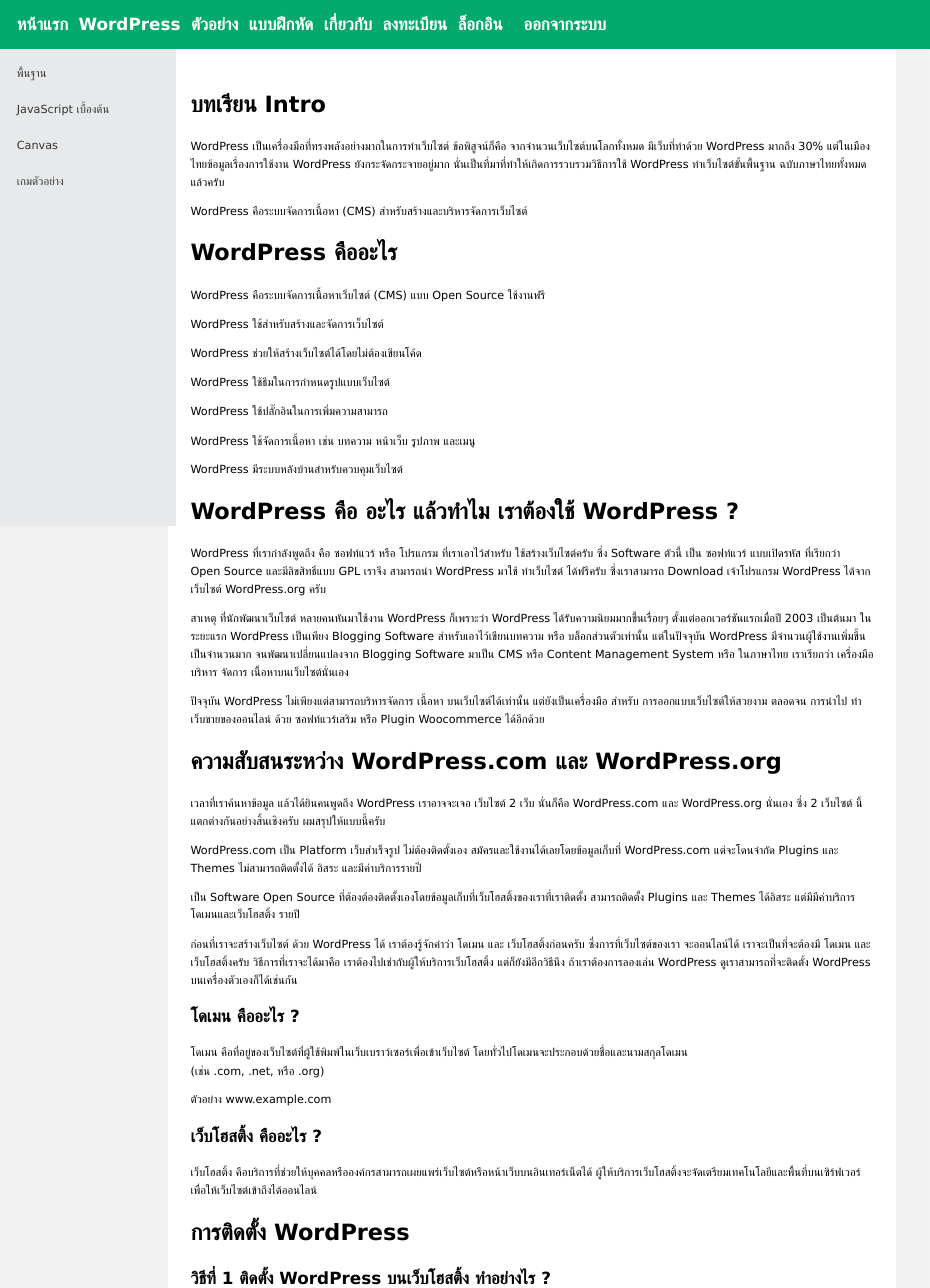
Repository: staggil/thesis
Page: lessons/intro.html
The author's editor kept a copy of each file at every save. The page is drawn from the files as they stood at one save, then again after the next save.
The browser window is 1280 px wide. The page is 1328 px wide, so the pictures cover 1328 px, including what lies to the right of the window. The pictures show the part of the page from y = 0 to 1840 px (the page is 2881 px tall before and 2906 px after), at 70% of full size.
The page's requests for data from a server got no answer.

Above is the page before, as saved 2025-12-16 05:00:10.

After the next save:
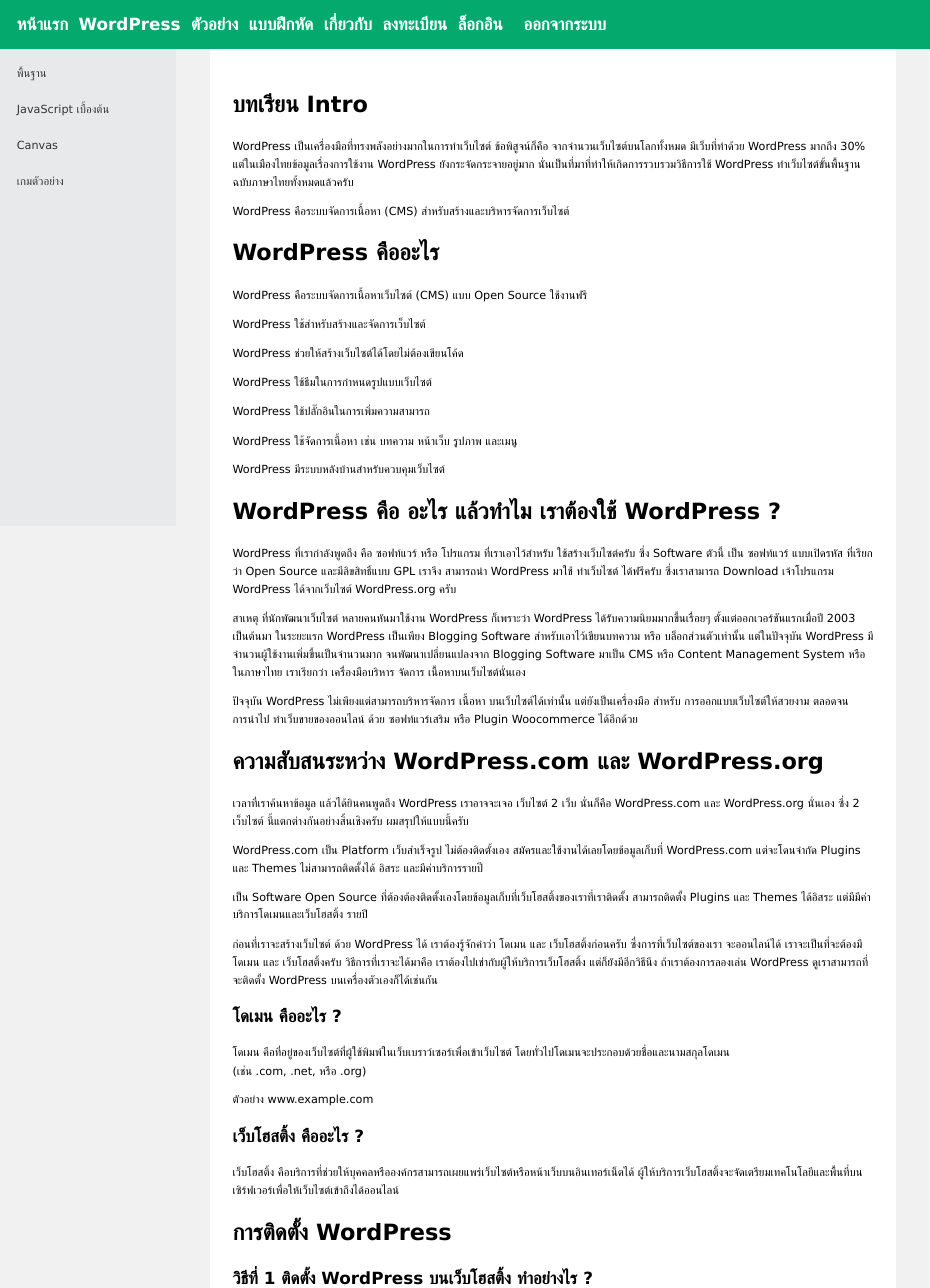
Saved 72 s later.
--- a/style.css
+++ b/style.css
@@ -85,7 +85,7 @@
     background-color: #fff;
     padding: 32px;
 
-    margin-left: 240px;
+    margin-left: 300px;
 
 
 }
